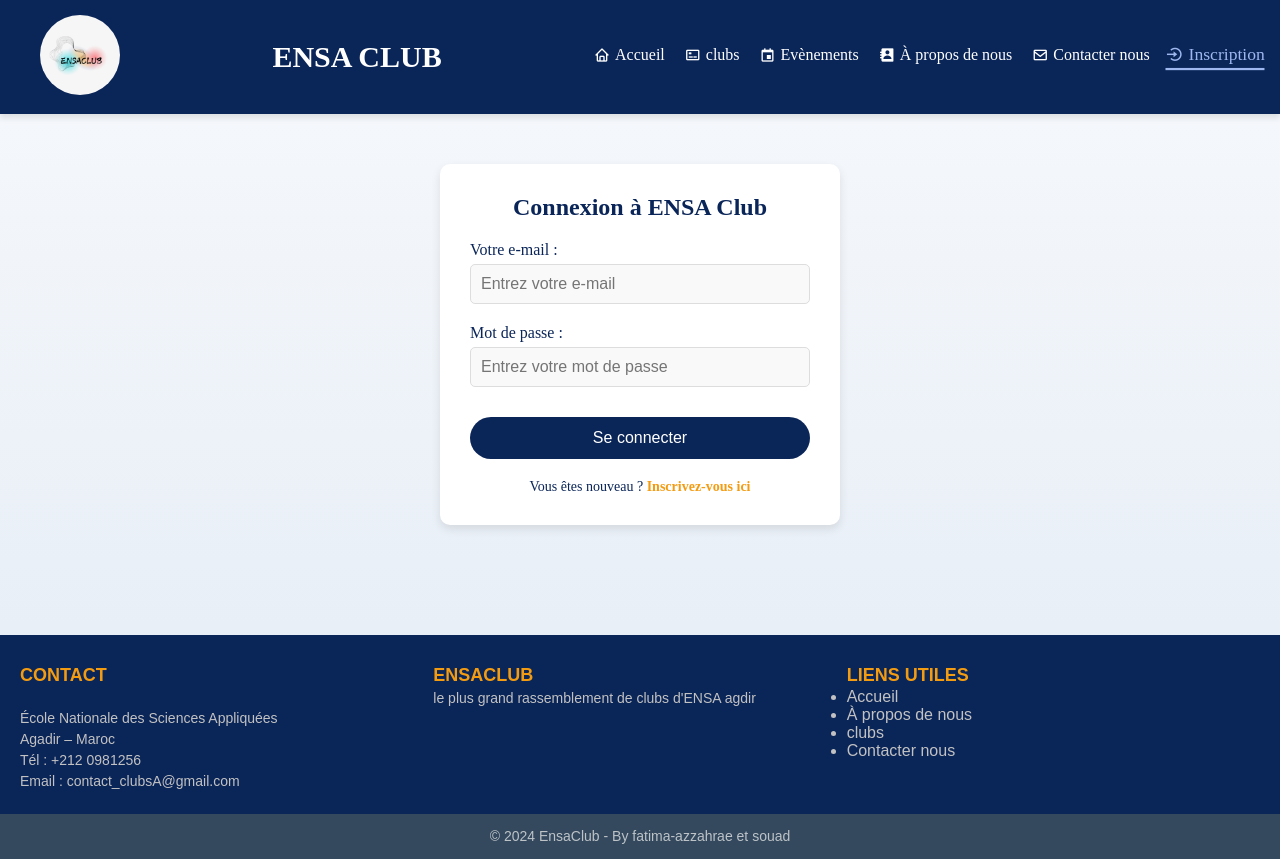
Repository: fati-smart/ENSAclub
Page: login.html
The author's editor kept a copy of each file at every save. The page is drawn from the files as they stood at one save, then again after the next save.
The browser window is 1280 px wide. The pictures show the whole page.

Above is the page before, as saved 2024-12-02 17:12:08.

### login.html
<!DOCTYPE html>
<html>

<head>
    <meta charset="UTF-8">
    <meta name="viewport" content="width=device-width, initial-scale=1.0">
    <link href='https://unpkg.com/boxicons@2.1.4/css/boxicons.min.css' rel="stylesheet" />
    <link rel="stylesheet" href="style.css">
    <title>login</title>
</head>

<body>
    <header class="header">
        <div><img src="logo.png" alt="logo"></div>
        <div class="titre"><a href="index.html"><p>ENSA CLUB</p></a></div>
        <nav>

          <ul>
            <li><a href="index.html">
              <i class='bx bx-home'></i></i>Accueil</a></li>
              <li><a href="club.html">
                <i class='bx bx-credit-card-front'></i>clubs</a></li>
              <li><a href="evenement.html">
                <i class='bx bx-calendar-event' ></i>Evènements</a></li>
              <li><a href="propos.html">
                <i class='bx bxs-contact'></i>À propos de nous</a></li>
              <li><a href="Contact.html">
                <i class='bx bx-envelope'></i>Contacter nous</a></li>
              <li><a href="inscrip.html" class="active">
                <i class='bx bx-log-in-circle'></i>Inscription</a></li>
          </ul>


        </nav>
    </header>


    <section class="connexion">
      <div class="logFormulaire">
        <h1 class="titre-logFormulaire">Connexion à ENSA Club</h1>
        <form action="profil.html">
          <div class="form-group">
            <label for="email">Votre e-mail :</label>
            <input type="email" name="email" id="email" placeholder="Entrez votre e-mail" required />
          </div>
          <div class="form-group">
            <label for="password">Mot de passe :</label>
            <input type="password" name="password" id="password" placeholder="Entrez votre mot de passe" required />
          </div>
          <button type="submit" class="btn-submit">Se connecter</button>
        </form>
        <p class="lien-nouveau">
          Vous êtes nouveau ? <a href="inscrip.html">Inscrivez-vous ici</a>
        </p>
      </div>
    </section>



    <footer class="footer">
        <div class="footer-container">
            <div class="footer-content">
              <ul>
                <h3>CONTACT</h3><br />
                <p>École Nationale des Sciences Appliquées<br /> Agadir – Maroc<br />
                Tél : +212 0981256<br />
                Email : contact_clubsA@gmail.com<br />
              </p>
              </ul>
            </div>
            <div class="footer-section-info">
              <ul>
                <h3>EnsaClub</h3>
              <p> le plus grand rassemblement de clubs d'ENSA agdir </p>
              </ul>
            </div>
            <div class="footer-content">
                <h3>Liens utiles</h3>
                 <ul class="list">
                    <li><a href="index.html">Accueil</a></li>
                    <li><a href="propos.html">À propos de nous</a></li>
                    <li><a href="club.html">clubs</a></li>
                    <li><a href="Contact.html">Contacter nous</a></li>
                 </ul>
            </div>
        </div>
        <div class="footer-bottom">
          <p>© 2024 EnsaClub - By fatima-azzahrae et souad</p>
        </div>
    </footer>
</body>

</html>

### style.css
* {
    margin: 0;
    padding: 0;
    box-sizing: border-box;
  }

body {
    font-family: cursive;
    background-color: #f5f6fa;
    overflow-x: hidden;
    background: linear-gradient(to bottom, #f7f9fc, #e4ecf5);
}

/*******************************************HEADER************************************************/
.header {
    background-color: #0A2558;
    color: white;
    display: flex;
    align-items: center;
    justify-content: space-between;
    padding: 15px 20px;
    box-shadow: 0 4px 6px rgba(0, 0, 0, 0.1);
  }

  .header img {
    margin-left: 20px;
    width: 80px;
    height: 80px;
    border-radius: 50%;
  }

  .header .titre a {
    text-decoration: none;
    color: white;
    font-size: 26px;
    font-weight: bold;
  }

  nav ul {
    list-style: none;
    display: flex;
    gap: 20px;
  }

  nav ul li a {
    color: white;
    text-decoration: none;
    font-size: 16px;
    display: flex;
    align-items: center;
    gap: 5px;
    transition: color 0.3s ease-in-out;
  }
  .header .titre p{
    font-size: 30px;
    font-weight: bold;
    color: #ffffff;
    margin: 0;
}

  nav ul li a:hover {
    color: #9eb8ef;
  }

  nav ul li a.active {
    border-bottom: 2px solid #9eb8ef;
    padding-bottom: 3px;
    color: #9eb8ef;
    transform: scale(1.1);

  }
/*************************************section CLUB***********************************************/
.club{
    margin-top: 50px;
    display: flex;
    align-items: center;
    justify-content: center;
    flex-wrap: wrap;
}

.club .carteClub{
    width: 350px;
    height: 420px;
    background-color: #e9ebed;
    border-radius: 12px;
    margin-left: 30px;
    margin-right: 30px;
    box-shadow: 0 4px 6px rgba(0, 0, 0, 0.1);
    position: relative;
}

.club .carteClub .imageClub {
    width: 100%;
    height: 45%;
    margin-left: 15px;
    margin-right: 15px;
    align-items: center;
}

.club .carteClub .imageClub img{
    width: 90%;
    height: 90%;
    margin-top: 10px;
    border-radius: 12px;
}

.club .carteClub .text{
    width: 90%;
    height: 90%;
    margin-left: 10px;
    text-align: center;
}

.club .carteClub .text p{
    text-align: left;
}

.club .carteClub .text strong{
    font-size: 25px;
    font-family: 'Franklin Gothic Medium', 'Arial Narrow', Arial, sans-serif;
    color: #0A2558;
}

.club .carteClub .text .jointure{
    color: #143c85d7;
}

.carteClub button {
    position: absolute;
    bottom: 10px;
    right: 15px;
    padding: 10px 20px;
    background-color: #ff1100;
    color: #fff;
    border: none;
    border-radius: 5px;
    cursor: pointer;
    width: 90px;
}

.carteClub button:hover {
    background-color: #d91103e0;
    transform: scale(1.1);

}

/****************************************section EVENMENT****************************************/
.event {
    display: flex;
    flex-wrap: wrap;
    justify-content: center;
    padding: 20px;
    margin-top: 30px;
    align-items: center;
    border-radius: 12px;
    gap:  40px 15px;
    max-width: 1400px;

}

.carteEvent {
    width: 340px;
    display: flex;
    flex-direction: column;
    height: 200px;
    background: #fff;
    border-radius: 10px;
    box-shadow: 0 4px 8px rgba(0, 0, 0, 0.1);
    overflow: hidden;
    transition: height 0.3s ease, box-shadow 0.3s ease;
    padding: 10px;
    position: relative;
    text-align: center;
    margin-left: 20px;
    margin-right: 20px;
    margin-top: 20px;
    margin-bottom: 20px;

}

.carteEvent:hover {
    box-shadow: 0 6px 12px rgba(0, 0, 0, 0.15);
}

.carteEvent .titreC {
    margin-bottom: 7px;
    margin-top: 7px;
}

.carteEvent .titreC strong{
    font-size: 19.2px;
    font-weight: bold;
    color: #007bff;
}

.carteEvent .titre {
    margin-bottom: 7px;
}

.carteEvent strong{
    color: #ff1100;
}

.carteEvent .dets {
    text-align: left;
}

.carteEvent .dets strong{
    color: #000000;
}

.carteEvent .dets a{
    text-decoration: none;
    color:#09b32d ;
}

.carteEvent .dets a:hover{
    color:#00ff37 ;
    font-size: 16px;
}
/****************************************INSCRIPTION**********************************************/
.inscription {
    background: linear-gradient(to bottom, #f7f9fc, #e4ecf5);
    padding: 50px 20px;
    display: flex;
    justify-content: center;
    align-items: center;
  }

  .formulaire {
    background: #ffffff;
    border-radius: 10px;
    box-shadow: 0px 4px 10px rgba(0, 0, 0, 0.1);
    padding: 30px;
    max-width: 500px;
    width: 100%;
    animation: fadeIn 1s ease-in-out;
  }

  .titre-formulaire {
    font-size: 24px;
    font-weight: bold;
    text-align: center;
    color: #0A2558;
    margin-bottom: 20px;
  }

  .form-group {
    margin-bottom: 20px;
  }

  .form-group label {
    font-size: 16px;
    color: #0A2558;
    display: block;
    margin-bottom: 5px;
  }

  .form-group input {
    width: 100%;
    padding: 10px;
    font-size: 16px;
    border: 1px solid #ddd;
    border-radius: 5px;
    outline: none;
    transition: border-color 0.3s;
  }

  .form-group input:focus {
    border-color: #f39c12;
  }

  .btn-submit {
    background-color: #0A2558;
    color: #ffffff;
    padding: 12px 20px;
    font-size: 16px;
    border: none;
    border-radius: 25px;
    cursor: pointer;
    width: 100%;
    margin-top: 10px;
    transition: background-color 0.3s, transform 0.3s;
  }

  .btn-submit:hover {
    background-color: #072042;
    transform: translateY(-3px);
  }

  .lien-membre {
    text-align: center;
    margin-top: 20px;
    font-size: 14px;
    color: #0A2558;
  }

  .lien-membre a {
    color: #f39c12;
    text-decoration: none;
    font-weight: bold;
  }

  .lien-membre a:hover {
    text-decoration: underline;
  }

  @keyframes fadeIn {
    from {
      opacity: 0;
      transform: translateY(20px);
    }
    to {
      opacity: 1;
      transform: translateY(0);
    }
  }

  @media (max-width: 768px) {
    .formulaire {
      padding: 20px;
    }

    .btn-submit {
      font-size: 14px;
    }
  }


/**********************************************login***********************************************/
.connexion {
    padding: 50px 20px;
    display: flex;
    justify-content: center;
    align-items: center;
  }

  .logFormulaire {
    background: #ffffff;
    border-radius: 10px;
    box-shadow: 0px 4px 10px rgba(0, 0, 0, 0.1);
    padding: 30px;
    max-width: 400px;
    width: 100%;
    animation: fadeIn 1s ease-in-out;
  }

  .titre-logFormulaire {
    font-size: 24px;
    font-weight: bold;
    text-align: center;
    color: #0A2558;
    margin-bottom: 20px;
  }

  .form-group {
    margin-bottom: 20px;
  }

  .form-group label {
    font-size: 16px;
    color: #0A2558;
    display: block;
    margin-bottom: 5px;
  }

  .form-group input {
    width: 100%;
    padding: 10px;
    font-size: 16px;
    border: 1px solid #ddd;
    border-radius: 5px;
    outline: none;
    transition: border-color 0.3s;
  }

  .form-group input:focus {
    border-color: #f39c12;
  }

  .btn-submit {
    background-color: #0A2558;
    color: #ffffff;
    padding: 12px 20px;
    font-size: 16px;
    border: none;
    border-radius: 25px;
    cursor: pointer;
    width: 100%;
    margin-top: 10px;
    transition: background-color 0.3s, transform 0.3s;
  }

  .btn-submit:hover {
    background-color: #072042;
    transform: translateY(-3px);
  }

  .lien-nouveau {
    text-align: center;
    margin-top: 20px;
    font-size: 14px;
    color: #0A2558;
  }

  .lien-nouveau a {
    color: #f39c12;
    text-decoration: none;
    font-weight: bold;
  }

  .lien-nouveau a:hover {
    text-decoration: underline;
  }

  @keyframes fadeIn {
    from {
      opacity: 0;
      transform: translateY(20px);
    }
    to {
      opacity: 1;
      transform: translateY(0);
    }
  }

  @media (max-width: 768px) {
    .logFormulaire {
      padding: 20px;
    }

    .btn-submit {
      font-size: 14px;
    }
  }

/*********************************************PROFIL**********************************************/
.profil {
    max-width: 800px;
    margin: 50px auto;
    padding: 20px;
    background: #fff;
    box-shadow: 0 4px 8px rgba(0, 0, 0, 0.276);
    border-radius: 10px;
}

.section-title {
    font-size: 28px;
    color: #2c3e50;
    text-align: center;
    margin-bottom: 20px;
}

.form-title {
    font-size: 20px;
    color: #34495e;
    margin-bottom: 15px;
}

.form-subtitle {
    font-size: 18px;
    color: #7f8c8d;
    margin-bottom: 10px;
}

.profile-section {
    display: flex;
    align-items: center;
    gap: 20px;
    margin-bottom: 30px;
    border-bottom: 1px solid #ddd;
    padding-bottom: 20px;
}

.profile-picture img {
    width: 120px;
    height: 120px;
    border-radius: 50%;
    object-fit: cover;
    border: 3px solid #db343442;
}

.profile-info .profile-name {
    font-size: 18px;
    font-weight: bold;
    color: #34495e;
}

.profile-info .profile-email {
    font-size: 14px;
    color: #555;
}

.forms-profil {
    display: flex;
    flex-wrap: wrap;
    gap: 30px;
}

.account-info,
.security-settings {
    flex: 1;
    min-width: 300px;
}

.form-group {
    margin-bottom: 15px;
}

.form-group label {
    display: block;
    font-size: 14px;
    color: #555;
    margin-bottom: 5px;
}

.form-group input {
    width: 100%;
    padding: 10px;
    border: 1px solid #ddd;
    border-radius: 5px;
    font-size: 14px;
    background-color: #f9f9f9;
}

.form-group input:focus {
    outline: none;
    border-color: #3498db;
    box-shadow: 0 0 5px rgba(52, 152, 219, 0.5);
}

.save-button {
    background-color: #3498db;
    color: #fff;
    padding: 10px 20px;
    border: none;
    border-radius: 5px;
    cursor: pointer;
    font-size: 14px;
    display: inline-block;
}

.save-button:hover {
    background-color: #2980b9;
}

.clubs-section .club-name {
    font-size: 16px;
    color: #2c3e50;
    margin-left: 10px;
}

.clubs-table {
    width: 100%;
    border-collapse: collapse;
    margin-top: 20px;
}

th, td {
    border: 1px solid #ddd;
    padding: 8px;
    text-align: center;
}

th {
    background-color: #f4f4f4;
    font-weight: bold;
}

.delete-btn {
    background-color: #e74c3c;
    color: white;
    border: none;
    padding: 5px 10px;
    cursor: pointer;
    border-radius: 3px;
}

.delete-btn:hover {
    background-color: #c0392b;
}
i.bx.bx-chevrons-left {
    margin-top: 20px;
    margin-left: 20px;
    font-size: 80px;
    color: #0742b1;
    transition: color 0.3s, transform 0.3s;
}

i.bx.bx-chevrons-left:hover {
    color: #2980b9;
    transform: translateX(-5px);
}



  /********************************a propos de nous************************************************/
.propos {
    background: linear-gradient(to bottom, #f7f9fc, #e4ecf5);
    padding: 50px 20px;
    color: #0A2558;
  }

  .propos-container {
    max-width: 800px;
    margin: 0 auto;
    text-align: center;
    animation: fadeIn 1s ease-in-out;
  }

  .propos-title {
    font-size: 36px;
    font-weight: bold;
    margin-bottom: 20px;
    color: #0A2558;
  }

  .propos-title span {
    color: #f39c12;
  }

  .propos-intro, .propos-objective, .propos-message, .propos-mission, .propos-footer {
    font-size: 18px;
    line-height: 1.6;
    margin-bottom: 20px;
  }

  .propos-list {
    list-style: none;
    padding: 0;
    margin: 20px 0;
    display: flex;
    justify-content: space-around;
    flex-wrap: wrap;
    gap: 10px;
  }

  .propos-list li {
    background: #f39c12;
    color: white;
    padding: 10px 20px;
    border-radius: 20px;
    font-size: 16px;
  }

  .propos-call-to-action {
    font-size: 18px;
    margin: 30px 0;
  }

  .propos-link {
    color: #f39c12;
    font-weight: bold;
    text-decoration: none;
  }

  .propos-link:hover {
    text-decoration: underline;
  }

  @keyframes fadeIn {
    from {
      opacity: 0;
      transform: translateY(20px);
    }
    to {
      opacity: 1;
      transform: translateY(0);
    }
  }

/********************************************FOOTER*************************************************/
.footer{
    height: 180px;
    background-color: #0A2558;
    margin-top: 60px;
    color: #ecf0f1;
    padding: 10px 0;
    font-family: Arial, sans-serif;
    text-align: center;
}

.footer-container {
    display: flex;
    justify-content: space-around;
    align-items: flex-start;
    flex-wrap: wrap;
    padding: 20px;
}

.footer-content, .footer-section-info {
    flex: 1;
    min-width: 300px;
    text-align: left;
    color: #c2c2c2;
}

.footer h3 {
    font-size: 18px;
    font-weight: bold;
    text-transform: uppercase;
    margin-bottom: 2px;
    color: #f39c12;
}

.footer p {
    font-size: 14px;
    line-height: 1.5;
    margin: 2px 0;
}

.footer a {
    color: #c2c2c2;
    text-decoration: none;
}

.footer a:hover {
    text-decoration: underline;
}

.footer-bottom {
    background-color: #34495e;
    color: #bdc3c7;
    padding: 10px;
    font-size: 12px;
}

/*****************************************CONTACT***************************************************/
.contact {
    background: linear-gradient(to bottom, #f5f7fa, #e4ecf5);
    padding: 40px 20px;
    text-align: center;
  }

  .contact-fieldset {
    border: 2px solid #0A2558;
    border-radius: 10px;
    padding: 30px;
    max-width: 600px;
    margin: 0 auto;
    box-shadow: 0px 4px 10px rgba(0, 0, 0, 0.1);
    background: #ffffff;
  }

  .contact-legend {
    font-size: 24px;
    font-weight: bold;
    color: #0A2558;
    padding: 0 10px;
    background: #f39c12;
    color: #ffffff;
    border-radius: 5px;
  }

  .form-group {
    margin-bottom: 20px;
    text-align: left;
  }

  .form-group label {
    font-size: 16px;
    color: #0A2558;
    display: block;
    margin-bottom: 5px;
  }

  .form-group input,
  .form-group textarea {
    width: 100%;
    padding: 10px;
    font-size: 16px;
    border: 1px solid #ddd;
    border-radius: 5px;
    outline: none;
    transition: border-color 0.3s;
  }

  .form-group input:focus,
  .form-group textarea:focus {
    border-color: #f39c12;
  }

  .btn-submit {
    background-color: #0A2558;
    color: #ffffff;
    padding: 12px 25px;
    font-size: 16px;
    border: none;
    border-radius: 25px;
    cursor: pointer;
    transition: background-color 0.3s, transform 0.3s;
  }

  .btn-submit:hover {
    background-color: #072042;
    transform: translateY(-3px);
  }

  @media (max-width: 768px) {
    .contact-fieldset {
      padding: 20px;
    }

    .btn-submit {
      width: 100%;
    }
  }

After the next save:
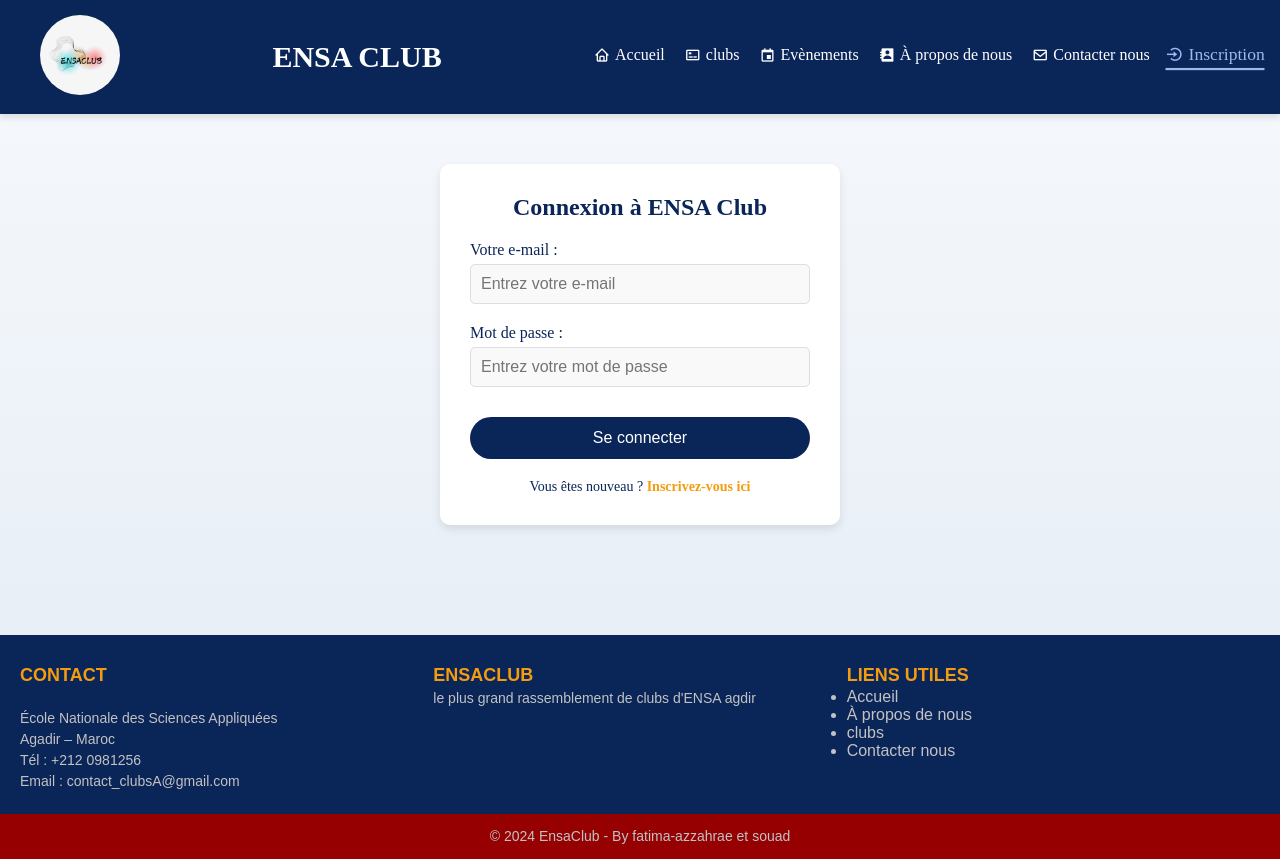
Saved 14 s later.
--- a/style.css
+++ b/style.css
@@ -719,7 +719,7 @@ i.bx.bx-chevrons-left:hover {
 }
 
 .footer-bottom {
-    background-color: #34495e;
+    background-color: #960000;
     color: #bdc3c7;
     padding: 10px;
     font-size: 12px;
